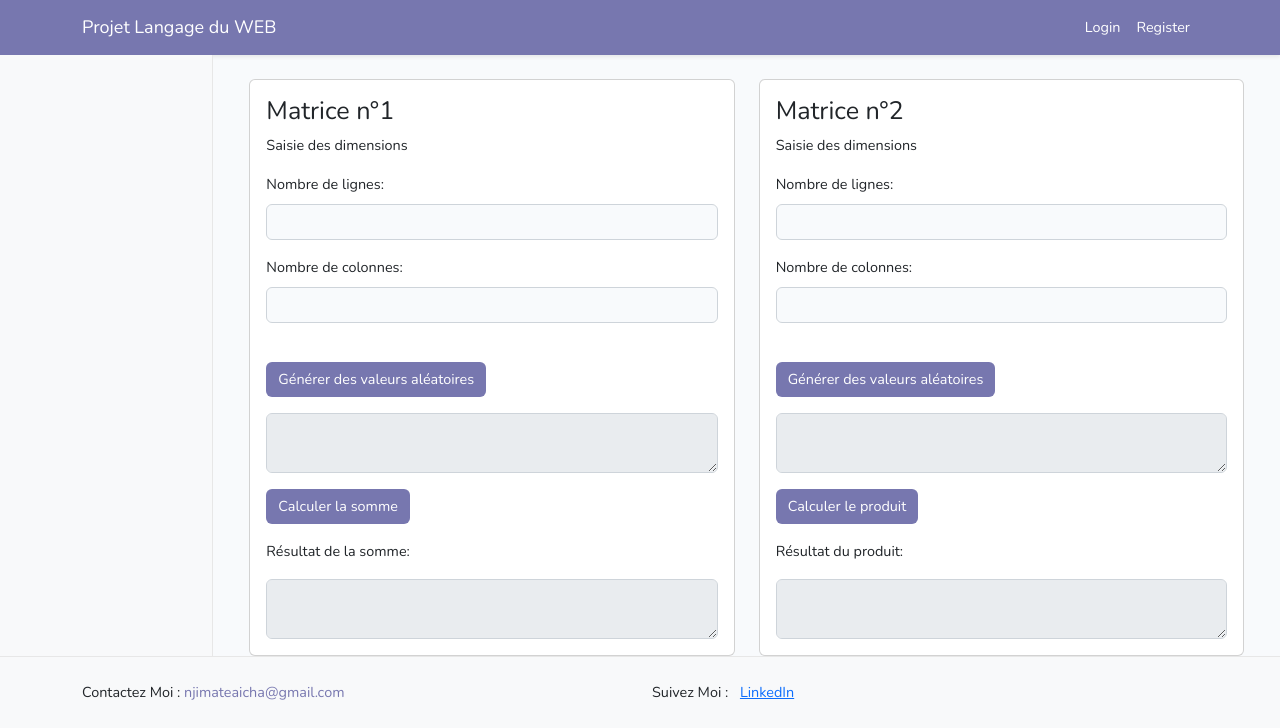
Repository: NjimateAicha/LaravelWeb
Page: http://localhost/matrice
The author's editor kept a copy of each file at every save. The page is drawn from the files as they stood at one save, then again after the next save.
The browser window is 1280 px wide. The pictures show the whole page.
Some web libraries are served in a nearby version. The page is served by the project's Laravel application, run on PHP 8.4 with Laravel 9. Other server files are loaded and not shown. Style sheets and scripts are compiled from the project's sources, by tool versions that may differ from the author's.

Above is the page before, as saved 2024-05-19 17:35:42.

### routes/web.php
<?php

use App\Http\Controllers\AproposDeMoiController;
use App\Http\Controllers\ChartsController;
use App\Http\Controllers\EtudiantController;
use App\Http\Controllers\formulairesController;
use App\Http\Controllers\ImageController;
use App\Http\Controllers\JsController;
use App\Http\Controllers\MapController;
use App\Http\Controllers\MatriceController;
use App\Http\Controllers\PhpController;
use App\Http\Controllers\ProjetController;
use App\Http\Controllers\QuizController;
use Illuminate\Support\Facades\Auth;
use Illuminate\Support\Facades\Route;

/*
|--------------------------------------------------------------------------
| Web Routes
|--------------------------------------------------------------------------
|
| Here is where you can register web routes for your application. These
| routes are loaded by the RouteServiceProvider within a group which
| contains the "web" middleware group. Now create something great!
|
*/

Route::get('/', function () {
    return view('auth.login');
});


Auth::routes();

Route::get('/home', [App\Http\Controllers\HomeController::class, 'index'])->name('home');

Route::get('/projets', [ProjetController::class, 'index'])->name('projets.index');
Route::get('/aproposDeMoi', [AproposDeMoiController::class, 'index'])->name('aProposDeMoi.index');


/* CRUD Student */
Route::resource('/etudiant' ,EtudiantController::class );
/* CRUD image */
Route::resource('/image' ,ImageController::class );
/* CRUD Maps */
Route::resource('/map' ,MapController::class );
/* CRUD Charts */
Route::resource('/charts' ,ChartsController::class );
/* Matrice */
Route::resource('/matrice' ,MatriceController::class );
/* quiz */
Route::resource('/Quiz' ,QuizController::class );
Route::get('/quiz/javascript', [QuizController::class, 'javascriptQuiz'])->name('quiz.javascript');
Route::post('/quiz/calculateJS', [QuizController::class, 'calculateScoreJS'])->name('quiz.calculateJS');
Route::get('/quiz/php', [QuizController::class, 'phpQuiz'])->name('quiz.php');
Route::post('/quiz/calculatePHP', [QuizController::class, 'calculateScorePHP'])->name('quiz.calculatePHP');

### app/Http/Controllers/MatriceController.php
<?php

namespace App\Http\Controllers;

use App\Models\matrice;
use Illuminate\Http\Request;

class MatriceController extends Controller
{
    /**
     * Display a listing of the resource.
     *
     * @return \Illuminate\Http\Response
     */
    public function index()
    {
        return view('matrice.index');
    }


}

### resources/views/matrice/index.blade.php
@extends('layouts.app')
@section('content')

<div class="container mt-4">
    <div class="row">
        <div class="col-md-6">
            <div class="card">
                <div class="card-body">
                    <h3 class="card-title">Matrice n°1</h3>
                    <p class="card-text">Saisie des dimensions</p>
                    <div class="form-group">
                        <label for="rows">Nombre de lignes:</label>
                        <input type="number" class="form-control" id="rows">
                    </div>
                    <div class="form-group">
                        <label for="cols">Nombre de colonnes:</label>
                        <input type="number" class="form-control" id="cols">
                    </div>
                    <br>
                    <button class="btn custom-btn" onclick="generateMatrix('matrix1')">Générer des valeurs aléatoires</button>
                    <textarea class="form-control mt-3" id="matrix1" readonly></textarea>
                    <button class="btn custom-btn mt-3" onclick="calculateSum('matrix1')">Calculer la somme</button>
                    <div class="result mt-3">
                        <p>Résultat de la somme:</p>
                        <textarea class="form-control" id="sum1Result" readonly></textarea>
                    </div>
                </div>
            </div>
        </div>
        <div class="col-md-6">
            <div class="card">
                <div class="card-body">
                    <h3 class="card-title">Matrice n°2</h3>
                    <p class="card-text">Saisie des dimensions</p>
                    <div class="form-group">
                        <label for="rows2">Nombre de lignes:</label>
                        <input type="number" class="form-control" id="rows2">
                    </div>
                    <div class="form-group">
                        <label for="cols2">Nombre de colonnes:</label>
                        <input type="number" class="form-control" id="cols2">
                    </div>
                    <br>
                    <button class="btn custom-btn" onclick="generateMatrix('matrix2')">Générer des valeurs aléatoires</button>

                    <textarea class="form-control mt-3" id="matrix2" readonly></textarea>
                    <button class="btn custom-btn mt-3" onclick="calculateProduct('matrix2')">Calculer le produit</button>
                    <div class="result mt-3">
                        <p>Résultat du produit:</p>
                        <textarea class="form-control" id="productResult" readonly></textarea>
                    </div>
                </div>
            </div>
        </div>
    </div>
</div>

<style>
    .custom-btn {
        color: #fff;
        background-color: #7777af;
        border: none;
    }

    .custom-btn:hover {
        background-color: #555577;
    }
    card-title{
        color: #7777af;
    }
</style>

<script>
    function generateMatrix(targetId) {
        var rowsInput = document.getElementById(targetId === 'matrix1' ? 'rows' : 'rows2');
        var colsInput = document.getElementById(targetId === 'matrix1' ? 'cols' : 'cols2');
        var rows = parseInt(rowsInput.value);
        var cols = parseInt(colsInput.value);
        var matrix = [];
        for (var i = 0; i < rows; i++) {
            matrix[i] = [];
            for (var j = 0; j < cols; j++) {
                matrix[i][j] = Math.floor(Math.random() * 10); // Valeurs aléatoires entre 0 et 9
            }
        }
        document.getElementById(targetId).value = matrixToString(matrix);
    }

    function matrixToString(matrix) {
        return matrix.map(row => row.join('\t')).join('\n');
    }

function calculateProduct(targetId) {
    var matrix1 = document.getElementById('matrix1').value.split('\n').map(row => row.split('\t').map(Number));
    var matrix2 = document.getElementById('matrix2').value.split('\n').map(row => row.split('\t').map(Number));
    var result = multiplyMatrices(matrix1, matrix2);
    document.getElementById('productResult').textContent = matrixToString(result);
}

function multiplyMatrices(matrix1, matrix2) {
    var result = [];
    var rowsA = matrix1.length;
    var colsA = matrix1[0].length;
    var rowsB = matrix2.length;
    var colsB = matrix2[0].length;

    if (colsA !== rowsB) {
        console.error("Nombre de colonnes de la première matrice doit correspondre au nombre de lignes de la deuxième matrice.");
        return;
    }

    for (var i = 0; i < rowsA; i++) {
        result[i] = [];
        for (var j = 0; j < colsB; j++) {
            var sum = 0;
            for (var k = 0; k < colsA; k++) {
                sum += matrix1[i][k] * matrix2[k][j];
            }
            result[i][j] = sum;
        }
    }
    return result;
}
function calculateSum(targetId) {
    var matrix1 = document.getElementById('matrix1').value.split('\n').map(row => row.split('\t').map(Number));
    var matrix2 = document.getElementById('matrix2').value.split('\n').map(row => row.split('\t').map(Number));

    // Vérifier que les dimensions des matrices sont compatibles
    if (matrix1.length !== matrix2.length || matrix1[0].length !== matrix2[0].length) {
        console.error("Les dimensions des matrices ne sont pas compatibles pour la somme.");
        return;
    }

    var result = [];

    for (var i = 0; i < matrix1.length; i++) {
        result[i] = [];
        for (var j = 0; j < matrix1[0].length; j++) {
            result[i][j] = matrix1[i][j] + matrix2[i][j];
        }
    }

    // Mettre à jour l'élément HTML avec le résultat de la somme
    document.getElementById('sum1Result').textContent = matrixToString(result);
}

</script>


@endsection

### resources/views/layouts/app.blade.php
<!doctype html>
<html lang="{{ str_replace('_', '-', app()->getLocale()) }}">

<head>
    <meta charset="utf-8">
    <meta name="viewport" content="width=device-width, initial-scale=1">

    <!-- CSRF Token -->
    <meta name="csrf-token" content="{{ csrf_token() }}">

    <title>{{ config('app.name', 'Aicha\'s Portfolio') }}</title>

    <!-- Fonts -->
    <link rel="dns-prefetch" href="//fonts.bunny.net">
    <link href="https://fonts.bunny.net/css?family=Nunito" rel="stylesheet">

    <!-- Styles -->
    <link rel="stylesheet" href="https://maxcdn.bootstrapcdn.com/bootstrap/4.5.2/css/bootstrap.min.css">
    <style>

        body {
            font-family: 'Nunito', sans-serif;
        }
        .navbar {
            background-color: #7777af;
        }
        .navbar-brand, .navbar-nav .nav-link {
            color: white !important;
        }
        .sidebar {
            background-color: #f8f9fa;
            border-right: 1px solid #e7e7e7;
        }
        .sidebar .nav-link {
            color: #7777af;
        }
        .sidebar .nav-link:hover {
            color: #7777af;
        }
        .font-weight-bold {
            font-weight: bold !important;
        }
        footer {
            background-color: #f8f9fa;
            border-top: 1px solid #e7e7e7;
            padding: 10px 0;
        }
        footer p {
            margin: 0;
        }
    </style>
    <!-- Scripts -->
    @vite(['resources/sass/app.scss', 'resources/js/app.js'])
</head>

<body>
    <div id="app">
        <nav class="navbar navbar-expand-md navbar-light shadow-sm">
            <div class="container">
                <a class="navbar-brand" href="{{ url('/') }}">
                    Projet Langage du WEB
                </a>
                <button class="navbar-toggler" type="button" data-toggle="collapse" data-target="#navbarSupportedContent" aria-controls="navbarSupportedContent" aria-expanded="false" aria-label="{{ __('Toggle navigation') }}">
                    <span class="navbar-toggler-icon"></span>
                </button>

                <div class="collapse navbar-collapse" id="navbarSupportedContent">
                    <!-- Left Side Of Navbar -->
                    <ul class="navbar-nav me-auto"></ul>

                    <!-- Right Side Of Navbar -->
                    <ul class="navbar-nav ms-auto">
                        <!-- Authentication Links -->
                        @guest
                            @if (Route::has('login'))
                                <li class="nav-item">
                                    <a class="nav-link" href="{{ route('login') }}">{{ __('Login') }}</a>
                                </li>
                            @endif

                            @if (Route::has('register'))
                                <li class="nav-item">
                                    <a class="nav-link" href="{{ route('register') }}">{{ __('Register') }}</a>
                                </li>
                            @endif
                        @else
                            <li class="nav-item dropdown">
                                <a id="navbarDropdown" class="nav-link dropdown-toggle" href="#" role="button" data-toggle="dropdown" aria-haspopup="true" aria-expanded="false" v-pre>
                                    {{ Auth::user()->name }}
                                </a>

                                <div class="dropdown-menu dropdown-menu-right" aria-labelledby="navbarDropdown">
                                    <a class="dropdown-item" href="{{ route('logout') }}"
                                       onclick="event.preventDefault();
                                                     document.getElementById('logout-form').submit();">
                                        {{ __('Logout') }}
                                    </a>

                                    <form id="logout-form" action="{{ route('logout') }}" method="POST" class="d-none">
                                        @csrf
                                    </form>
                                </div>
                            </li>
                        @endguest
                    </ul>
                </div>
            </div>
        </nav>

        <div class="container-fluid">
            <div class="row">
                <nav class="col-md-2 d-none d-md-block sidebar">
                    <div class="position-sticky pt-3" style="height: 400px">
                        <ul class="nav flex-column">
                            @auth
                                <li class="nav-item">
                                    <a class="nav-link active font-weight-bold" aria-current="page" href="{{ route('aProposDeMoi.index') }}">À propos de moi</a>
                                </li>
                                <li class="nav-item">
                                    <a class="nav-link font-weight-bold" href="{{ route('projets.index') }}">Mes Projets</a>
                                </li>
                            @endauth
                        </ul>
                    </div>
                </nav>
                <main class="col-md-9 ms-sm-auto col-lg-10 px-md-4">
                    @yield('content')
                </main>
            </div>
        </div>

        <footer class="bg-light py-4">
            <div class="container">
                <div class="row justify-content-between">
                    <div class="col-md-6">
                        <p class="d-inline">Contactez Moi : <span style="color: #7777af;">njimateaicha@gmail.com</span></p>
                    </div>
                    <div class="col-md-6">
                        <p class="d-inline-block me-2 mb-0">Suivez Moi :</p>
                        <a href="https://www.linkedin.com/" class="text-blue-500 hover:text-7777af-700 d-inline-block" target="_blank">LinkedIn</a>
                    </div>
                </div>
            </div>
        </footer>
    </div>

    <!-- Bootstrap JS and dependencies -->
    <script src="https://code.jquery.com/jquery-3.5.1.slim.min.js"></script>
    <script src="https://cdn.jsdelivr.net/npm/@popperjs/core@2.5.4/dist/umd/popper.min.js"></script>
    <script src="https://maxcdn.bootstrapcdn.com/bootstrap/4.5.2/js/bootstrap.min.js"></script>
</body>

</html>

Loaded but not shown: app/Http/Controllers/Auth/ConfirmPasswordController.php (common file); app/Http/Controllers/Controller.php (common file); resources/sass/app.scss (common file); resources/sass/_variables.scss (common file)

After the next save:
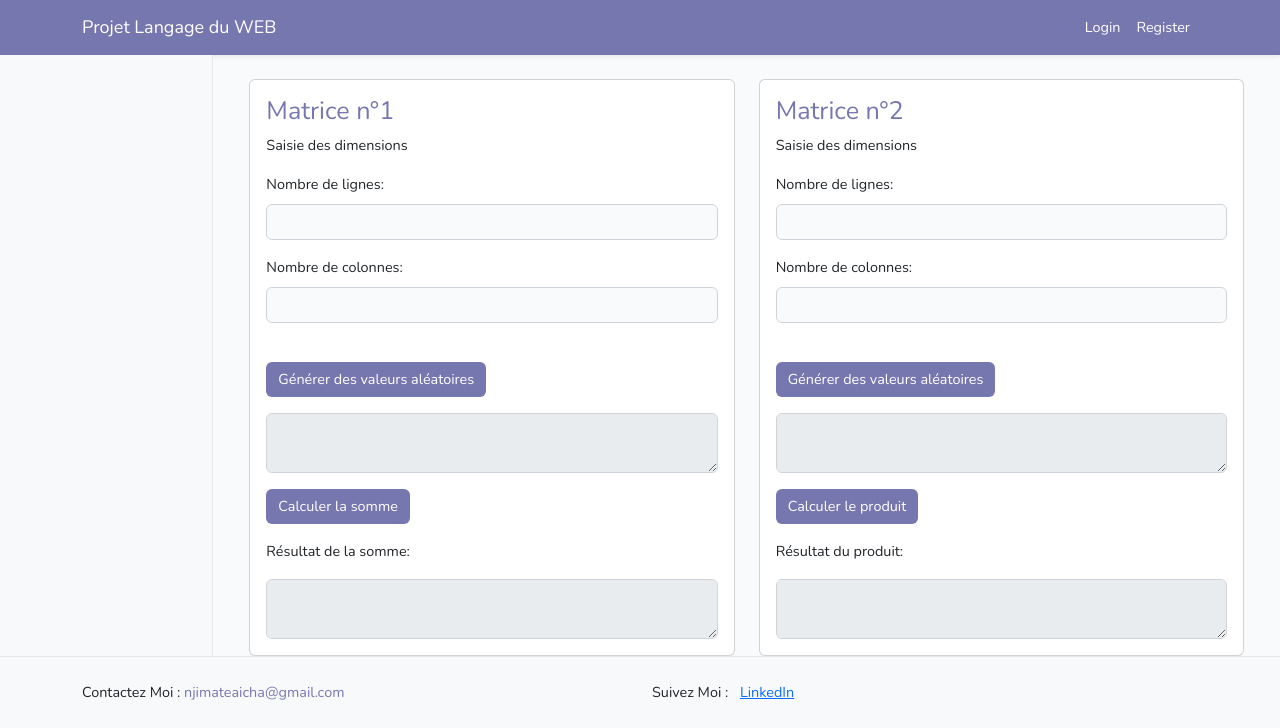
Saved 16 s later.
--- a/resources/views/matrice/index.blade.php
+++ b/resources/views/matrice/index.blade.php
@@ -65,7 +65,7 @@
     .custom-btn:hover {
         background-color: #555577;
     }
-    card-title{
+    .card-title{
         color: #7777af;
     }
 </style>
